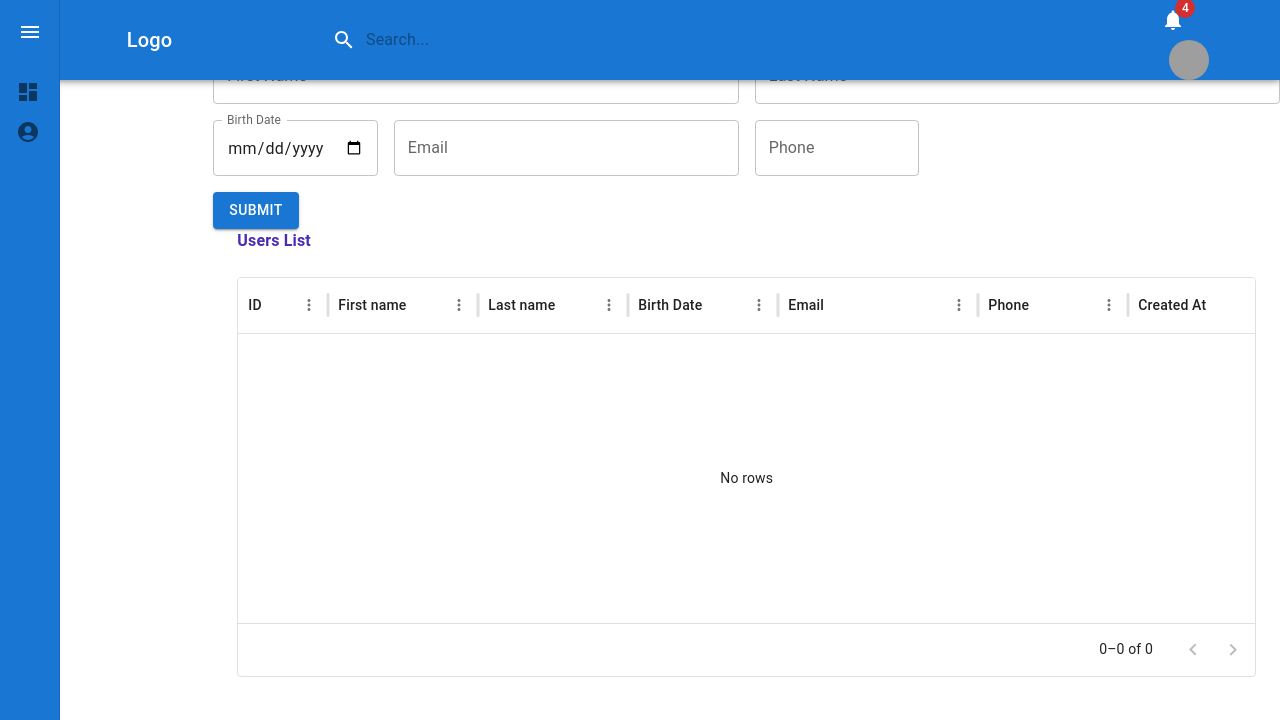
Repository: lenx0/front-client-manager
Page: /
These files come from the project's save history. The page is drawn as it stood at one moment and after the next save; the edit follows.
The browser window is 1280 px wide. The pictures show the whole page.
Pictures or frames that could not be fetched are drawn as grey boxes. The page's requests for data from a server got no answer. The project was rebuilt for these pictures with package versions that can differ from the ones it lists, and the page was loaded fresh each time. No one was signed in, and anything a server would have sent is missing. Also part of the build but not shown: vite.config.js, src/App.css.

Above is the page before, as saved 2024-06-25 13:10:45.

### index.html
<!doctype html>
<html lang="en">
  <head>
    <meta charset="UTF-8" />
    <meta name="viewport" content="width=device-width, initial-scale=1.0" />
    <title>Client Manager</title>
  </head>
  <body>
    <div id="root"></div>
    <script type="module" src="/src/main.jsx"></script>
  </body>
</html>

### src/App.jsx
import { Box, Grid } from '@mui/material'
import './App.css'
import UserForm from './components/UserForm'
import UserList from './components/UserList'
import Header from './components/Layout/Header'
import Sidebar from './components/Layout/Sidebar'

function App() {

  return (
    <Grid container>
      <Grid item xs={12}>
        <Header />
      </Grid>
      <Grid item xs={2}>
        <Sidebar />
      </Grid>
      <Grid item xs={10}>
        <UserForm />
        <UserList />
      </Grid>
    </Grid>
  )
}

export default App

### src/components/UserForm.jsx
import React from 'react';
import { useForm } from 'react-hook-form';
import CustomInput from './CustomInput';
import { Button, Grid, Typography } from '@mui/material';
import axios from 'axios';

const UserForm = () => {
  const { handleSubmit, control, reset } = useForm();

  const onSubmit = async (data) => {
    try {
      const response = await axios.post('http://localhost:3100/v1/users/create', data);
      console.log('Dados enviados com sucesso:', response.data);
      reset();
    } catch (error) {
      console.error('Erro ao enviar dados:', error);
    }
  };

  return (
    <Grid container direction="column" xs={12}>
      <Typography fontWeight={700} pb={3} color="#492cb3">
        General Details
      </Typography>
      <form onSubmit={handleSubmit(onSubmit)}>
        <Grid container spacing={2}>
          <Grid item xs={6}>
            <CustomInput
              name="firstName"
              control={control}
              label="First Name"
              rules={{ required: 'First name is required' }}
            />
          </Grid>
          <Grid item xs={6}>
            <CustomInput
              name="lastName"
              control={control}
              label="Last Name"
              rules={{ required: 'Last name is required' }}
            />
          </Grid>
          <Grid item xs={2}>
            <CustomInput
              name="birthDate"
              control={control}
              label="Birth Date"
              placeHolder="none"
              type="date"
              rules={{ required: 'Birth date is required' }}
              defaultValue=""
            />
          </Grid>
          <Grid item xs={4}>
            <CustomInput
              name="email"
              control={control}
              label="Email"
              type="email"
              rules={{
                required: 'Email is required',
                pattern: {
                  value: /^[a-zA-Z0-9_.+-]+@[a-zA-Z0-9-]+\.[a-zA-Z0-9-.]+$/,
                  message: 'Enter a valid email address',
                },
              }}
            />
          </Grid>
          <Grid item xs={2}>
            <CustomInput
              name="phone"
              control={control}
              label="Phone"
              rules={{ required: 'Phone number is required' }}
            />
          </Grid>
          <Grid item xs={12}>
            <Button type="submit" variant="contained" color="primary">
              Submit
            </Button>
          </Grid>
        </Grid>
      </form>
    </Grid>
  );
};

export default UserForm;

### src/components/UserList/index.jsx
import React, { useState, useEffect } from 'react';
import { DataGrid } from '@mui/x-data-grid';
import axios from 'axios';
import { Box, Container, Typography } from '@mui/material';

const UserList = () => {
  const [users, setUsers] = useState([]);
  const [loading, setLoading] = useState(true);

  useEffect(() => {
    const fetchUsers = async () => {
      try {
        const response = await axios.get('http://localhost:3100/v1/users/list');
        setUsers(response.data);
        setLoading(false);
      } catch (error) {
        console.error('Erro ao buscar usuários:', error);
        setLoading(false);
      }
    };

    fetchUsers();
  }, []);

  const columns = [
    { field: 'id', headerName: 'ID', width: 90 },
    { field: 'firstName', headerName: 'First name', width: 150 },
    { field: 'lastName', headerName: 'Last name', width: 150 },
    { field: 'birthDate', headerName: 'Birth Date', width: 150 },
    { field: 'email', headerName: 'Email', width: 200 },
    { field: 'phone', headerName: 'Phone', width: 150 },
    { field: 'moment', headerName: 'Created At', width: 180 },
  ];

  const rows = users.map((user, index) => ({
    id: index + 1,
    ...user,
  }));

  return (
    <Container>
      <Typography fontWeight={700} pb={3} color="#492cb3">Users List</Typography>
      <Box style={{ height: 400, width: '100%' }}>
        <DataGrid
          rows={rows}
          columns={columns}
          pageSize={5}
          rowsPerPageOptions={[5]}
          loading={loading}
          pagination
          paginationMode="client"
          initialState={{
            pagination: {
              paginationModel: { page: 1, pageSize: 5 }
            },
            sorting: {
              sortModel: [{ field: 'orderDate', sort: 'desc' }]
            }
          }}
        />
      </Box>
    </Container>
  );
};

export default UserList;

### src/components/Layout/Header.jsx
import React from 'react';
import { AppBar, Toolbar, Typography, InputBase, IconButton, Badge, Avatar, Grid } from '@mui/material';
import { Menu as MenuIcon, Search as SearchIcon, Notifications as NotificationsIcon, AccountCircle as AccountCircleIcon } from '@mui/icons-material';

const Header = () => {
  return (
    <AppBar position="fixed" sx={{ bgcolor: 'primary.main' }}>
      <Toolbar>
        <Grid container alignItems="center">
          <Grid item xs={1}>
            <IconButton
              size="large"
              edge="start"
              color="inherit"
              aria-label="open drawer"
            >
              <MenuIcon />
            </IconButton>
          </Grid>
          <Grid item xs={2}>
            <Typography variant="h6" noWrap>
              Logo
            </Typography>
          </Grid>
          <Grid item xs={8}>
            <div style={{ display: 'flex', alignItems: 'center' }}>
              <SearchIcon style={{ marginRight: '10px' }} />
              <InputBase
                placeholder="Search..."
                inputProps={{ 'aria-label': 'search' }}
                fullWidth
              />
            </div>
          </Grid>
          <Grid item xs={1}>
            <IconButton color="inherit">
              <Badge badgeContent={4} color="error">
                <NotificationsIcon />
              </Badge>
            </IconButton>
            <Avatar alt="User Avatar" src="/avatar.jpg" sx={{ ml: 2 }} />
          </Grid>
        </Grid>
      </Toolbar>
    </AppBar>
  );
};

export default Header;

### src/components/Layout/Sidebar.jsx
import React, { useState } from 'react';
import { Drawer, List, ListItem, ListItemIcon, ListItemText, IconButton } from '@mui/material';
import { Dashboard as DashboardIcon, AccountCircle as AccountCircleIcon, Menu as MenuIcon } from '@mui/icons-material';

const Sidebar = () => {
    const [open, setOpen] = useState(false);

    const toggleDrawer = () => {
        setOpen(!open);
    };

    const handleListItemClick = () => {
        setOpen(true); // Expande o Drawer ao clicar em qualquer item da lista
    };

    return (
        <Drawer
            variant="permanent"
            sx={{
                width: open ? 240 : 60,
                flexShrink: 0,
                '& .MuiDrawer-paper': {
                    width: open ? 240 : 60,
                    boxSizing: 'border-box',
                    transition: 'width 0.3s ease-in-out',
                    bgcolor: 'primary.main',
                    color: 'white',
                },
            }}
        >
            <div style={{ display: 'flex', justifyContent: 'center', alignItems: 'center', height: '64px' }}>
                <IconButton onClick={toggleDrawer} sx={{ color: 'white' }}>
                    <MenuIcon />
                </IconButton>
            </div>
            <List>
                <ListItem button onClick={handleListItemClick}>
                    <ListItemIcon>
                        <DashboardIcon />
                    </ListItemIcon>
                    {open && <ListItemText primary="Dashboard" />}
                </ListItem>
                <ListItem button onClick={handleListItemClick}>
                    <ListItemIcon>
                        <AccountCircleIcon />
                    </ListItemIcon>
                    {open && <ListItemText primary="Profile" />}
                </ListItem>
            </List>
        </Drawer>
    );
};

export default Sidebar;

### src/components/CustomInput.jsx
import React from 'react';
import { Controller } from 'react-hook-form';
import TextField from '@mui/material/TextField';

const CustomInput = ({ name, control, label, type = 'text', rules, defaultValue = '' }) => {
  return (
    <Controller
      name={name}
      control={control}
      defaultValue={defaultValue}
      rules={rules}
      render={({ field, fieldState: { error } }) => (
        <TextField
          {...field}
          label={label}
          type={type}
          error={!!error}
          helperText={error ? error.message : null}
          variant="outlined"
          InputLabelProps={type === 'date' ? { shrink: true } : {}}
          fullWidth
        />
      )}
    />
  );
};

export default CustomInput;

Loaded but not shown: src/main.jsx (common file); src/index.css (common file)

After the next save:
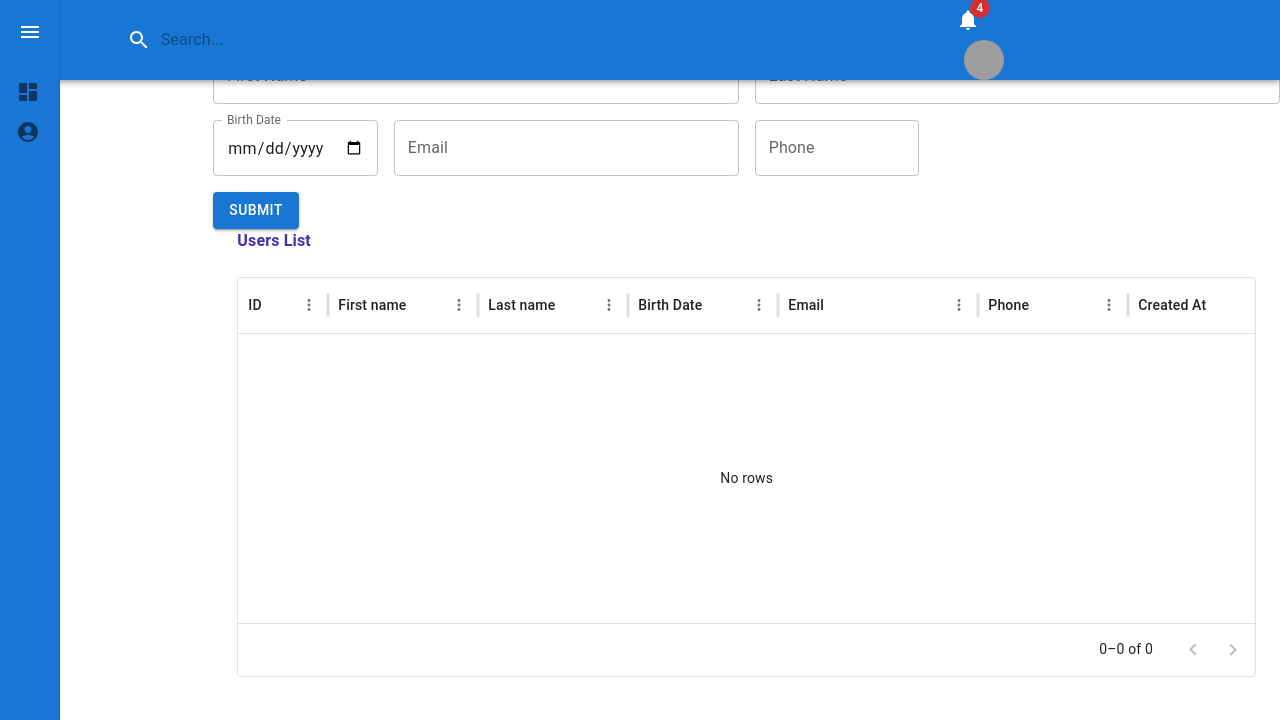
Saved 19 s later.
--- a/src/components/Layout/Header.jsx
+++ b/src/components/Layout/Header.jsx
@@ -17,11 +17,11 @@ const Header = () => {
               <MenuIcon />
             </IconButton>
           </Grid>
-          <Grid item xs={2}>
+          {/* <Grid item xs={2}>
             <Typography variant="h6" noWrap>
               Logo
             </Typography>
-          </Grid>
+          </Grid> */}
           <Grid item xs={8}>
             <div style={{ display: 'flex', alignItems: 'center' }}>
               <SearchIcon style={{ marginRight: '10px' }} />
